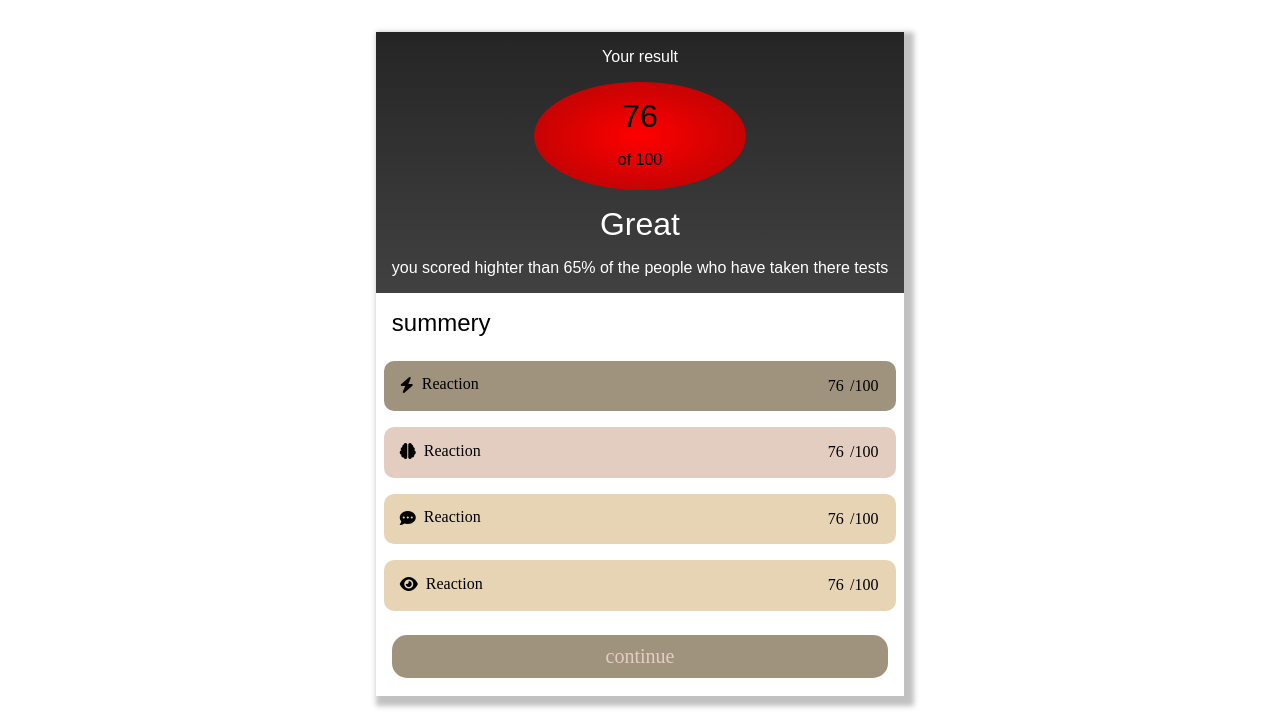
Repository: rahanwz/Card2-raha
Page: card2.html
An editor plug-in stored every save of this project. The page is shown before and after a run of saves, followed by the edit.
The browser window is 1280 px wide. The pictures show the whole page.
Some web fonts or font styles are not loaded; a fallback is used. Some web libraries are served in a nearby version.

Above is the page before, as saved 2024-02-21 17:04:24.

After the next 2 saves:
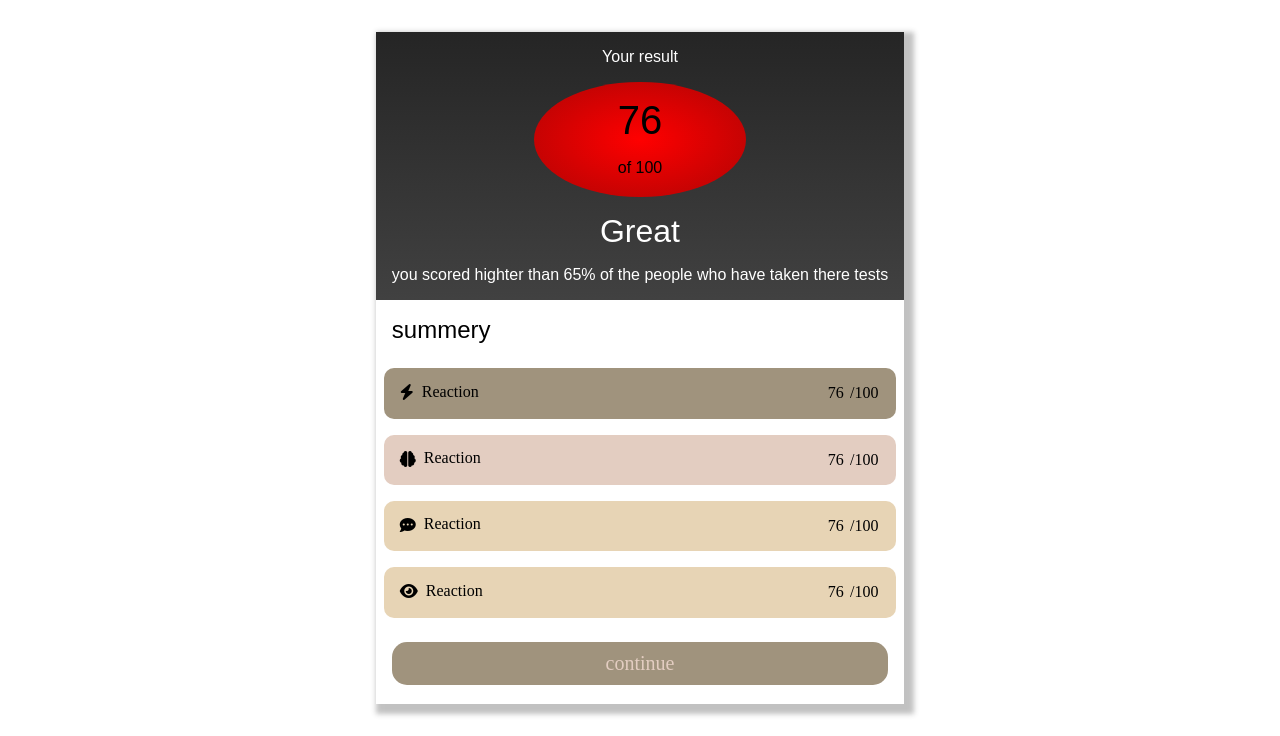
The 2 saves are shown as one change because they came seconds apart.
The last was saved 13 s later.
--- a/card2.css
+++ b/card2.css
@@ -23,12 +23,12 @@ body {
   padding: 1rem;
 }
 .present :first-child {
-  font-size: 2rem;
+  font-size: 2.5rem;
 
 }
 
 .present {
-  height:15vh;
+  height:16vh;
   width: 40%;
   border-radius: 100%;
   background: radial-gradient(#FF0000, #AF0404);
